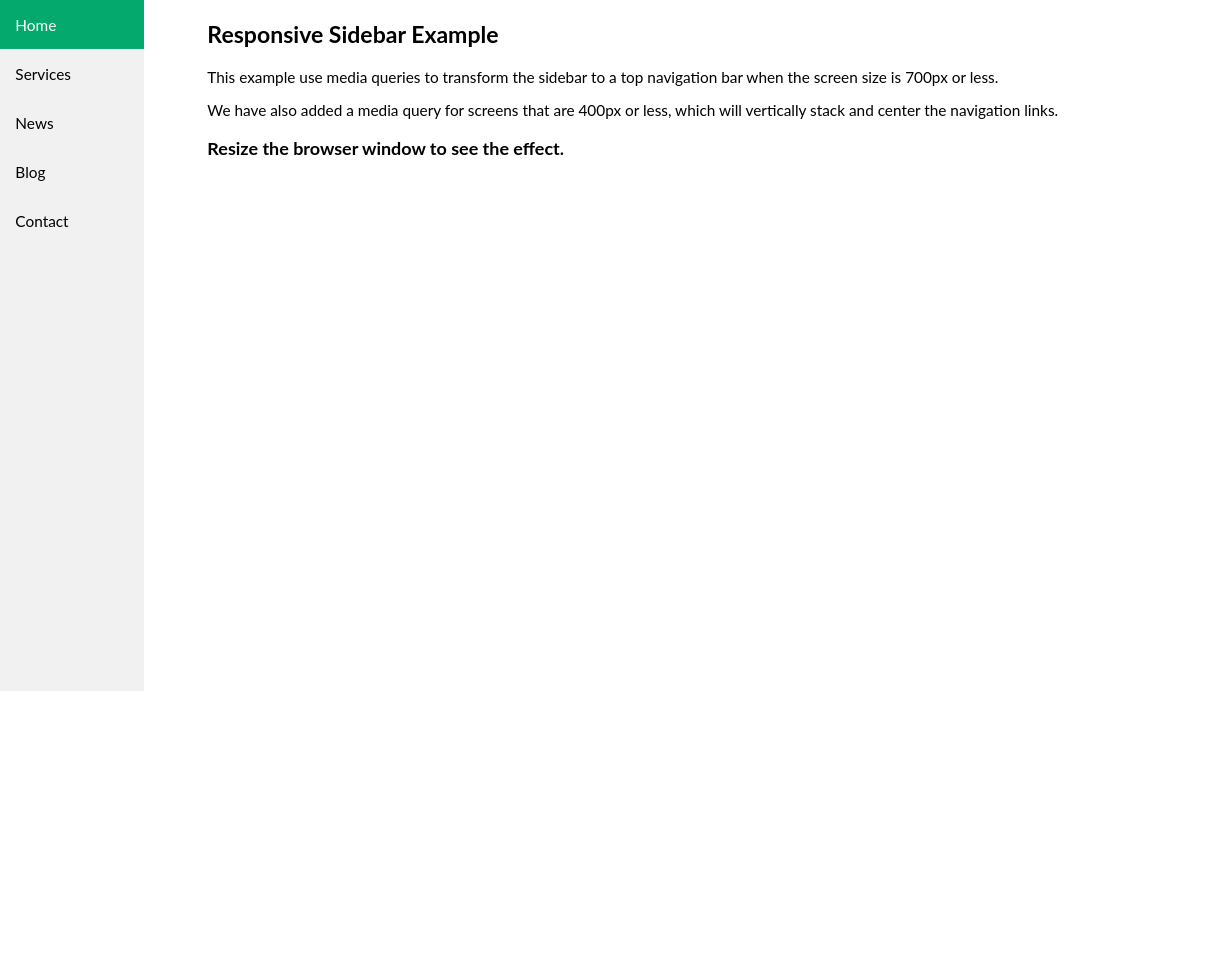
Repository: Chicken2k/testpv
Page: testpv.html
The author's editor kept a copy of each file at every save. The page is drawn from the files as they stood at one save, then again after the next save.
The browser window is 1280 px wide. The pictures show the whole page, at 96% of full size.

Above is the page before, as saved 2022-05-09 17:24:36.

### testpv.html
<!DOCTYPE html>
<html lang="en">

<head>
  <meta charset="UTF-8">
  <meta http-equiv="X-UA-Compatible" content="IE=edge">
  <meta name="viewport" content="width=device-width, initial-scale=1.0">
  <title>Test Pv</title>
  <link rel="stylesheet" href="./testpv.css">
</head>

<body>
  <!-- Page Content -->
    <div class="sidebar">
      <a class="active" href="#home">Home</a>
      <a href="#news">Services</a>
      <a href="#news">News</a>
      <a href="#contact">Blog</a>
      <a href="#about">Contact</a>
    </div>

    <div class="content">
      <h2>Responsive Sidebar Example</h2>
      <p>This example use media queries to transform the sidebar to a top navigation bar when the screen size is 700px or less.</p>
      <p>We have also added a media query for screens that are 400px or less, which will vertically stack and center the navigation links.</p>
      <h3>Resize the browser window to see the effect.</h3>
    </div>


</body>

</html>

### testpv.css
body {
  margin: 0;
  font-family: "Lato", sans-serif;
}

.sidebar {
  margin: 0;
  padding: 0;
  width: 150px;
  background-color: #f1f1f1;
  position: fixed;
  height: 100%;
  overflow: auto;

}

.sidebar a {
  display: block;
  color: black;
  padding: 16px;
  text-decoration: none;
}

.sidebar a.active {
  background-color: #04AA6D;
  color: white;
}

.sidebar a:hover:not(.active) {
  background-color: #555;
  color: white;
}

div.content {
  margin-left: 200px;
  padding: 1px 16px;
  height: 1000px;
}

@media screen and (max-width: 700px) {
  .sidebar {
    width: 100%;
    height: auto;
    position: relative;
  }
  .sidebar a {float: left;}
  div.content {margin-left: 0;}
}

@media screen and (max-width: 400px) {
  .sidebar a {
    text-align: center;
    float: none;
  }
}

After the next save:
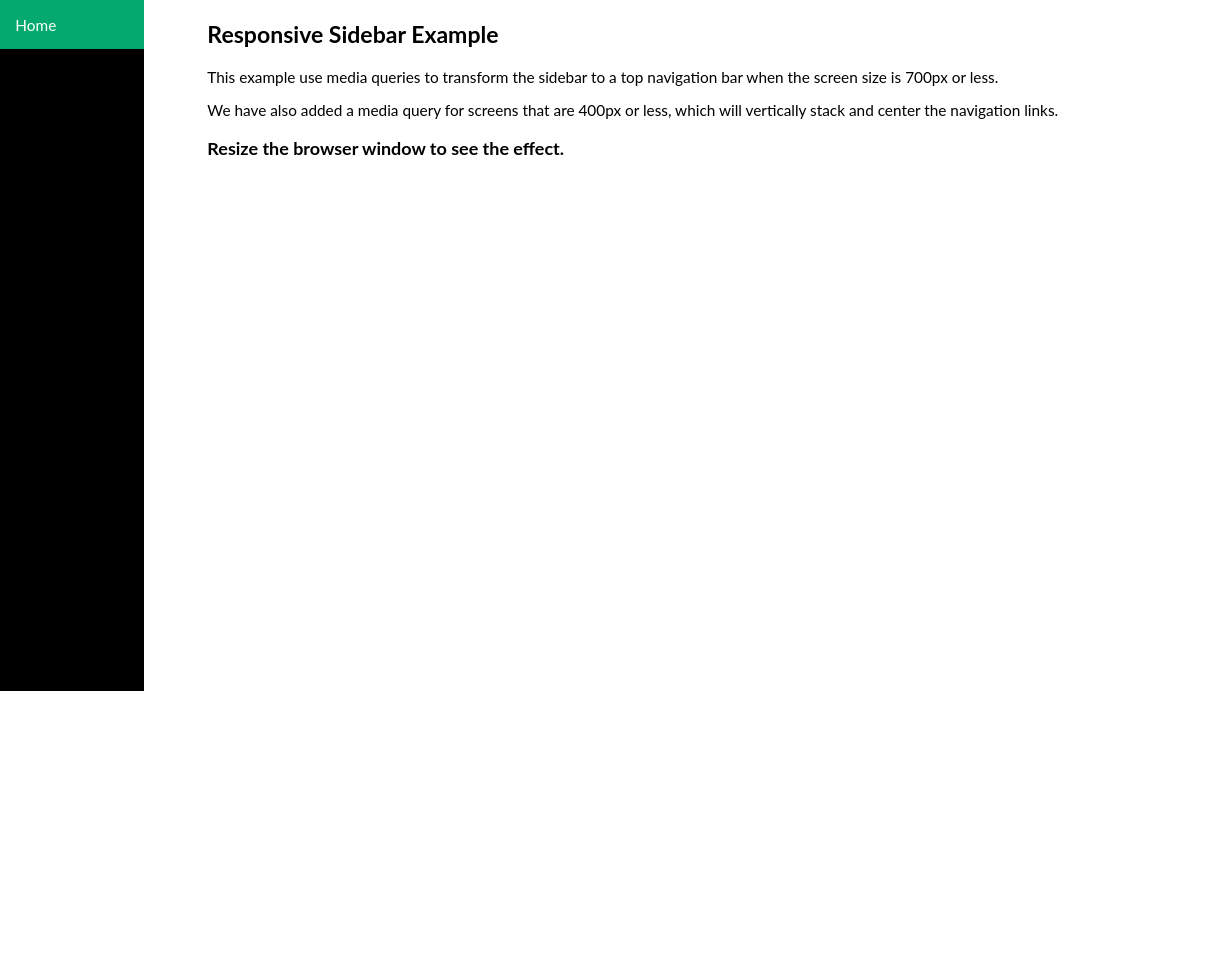
Saved 36 s later.
--- a/testpv.css
+++ b/testpv.css
@@ -7,7 +7,7 @@
   margin: 0;
   padding: 0;
   width: 150px;
-  background-color: #f1f1f1;
+  background-color: black;
   position: fixed;
   height: 100%;
   overflow: auto;
